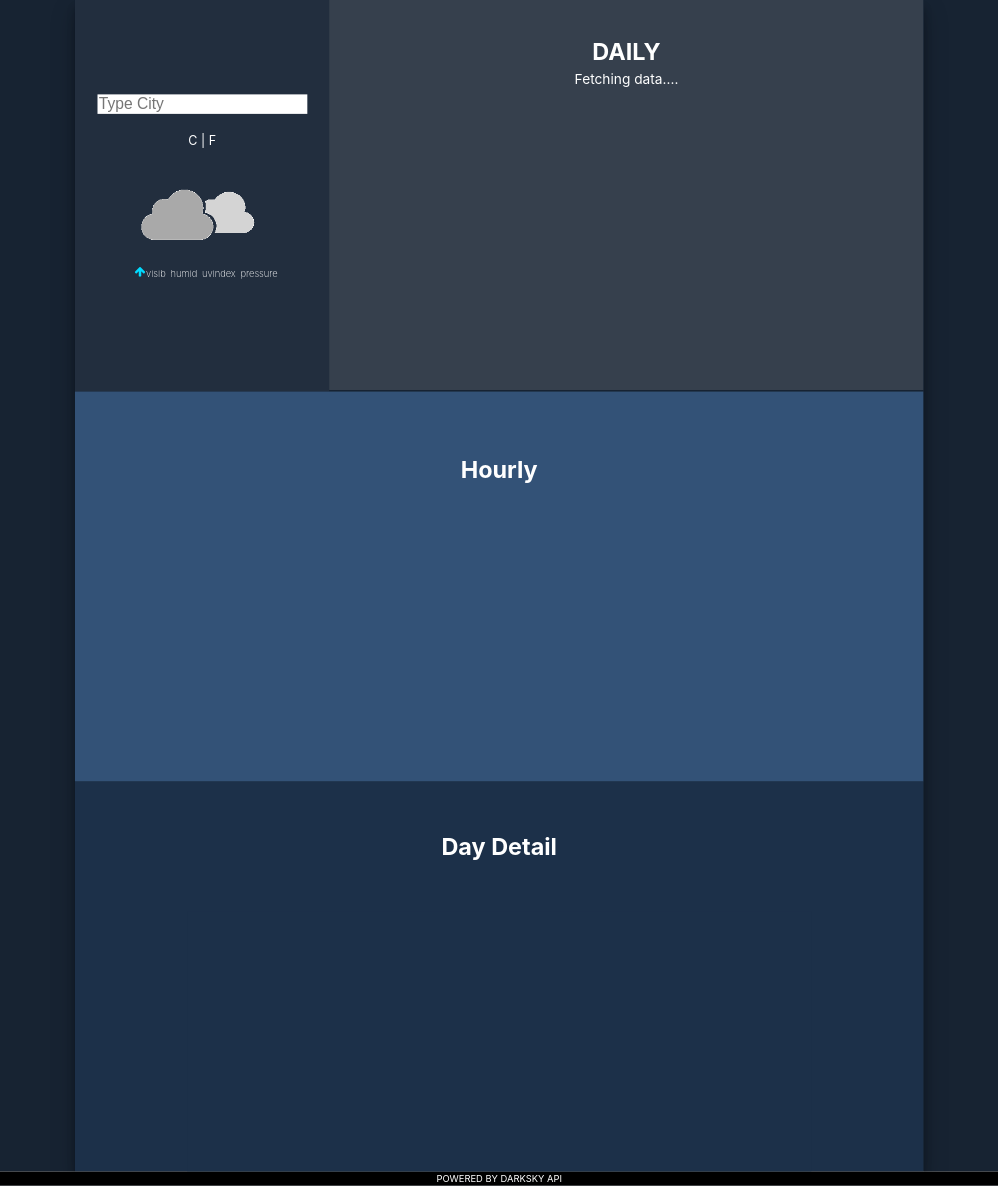
Repository: DOODpls/assignment3_weather
Page: index.html
An editor plug-in stored every save of this project. The page is shown before and after the next save, followed by the edit.
The browser window is 1280 px wide. The pictures show the whole page, at 78% of full size.
Some web fonts or font styles are not loaded; a fallback is used. Some web libraries are served in a nearby version.

Above is the page before, as saved 2020-01-07 10:46:37.

### index.html
<!DOCTYPE html>
<html lang="en">
    <head>
        <meta charset="UTF-8" />
        <meta name="viewport" content="width=device-width, initial-scale=1.0" />
        <meta http-equiv="X-UA-Compatible" content="ie=edge" />
        <script src="https://ajax.googleapis.com/ajax/libs/jquery/1/jquery.min.js" type="text/javascript"></script>
        <script src="https://ajax.googleapis.com/ajax/libs/jqueryui/1.10.3/jquery-ui.min.js"></script>
        <title>The Weathering</title>
        <link rel="shortcut icon" href="./icons/favicon.ico" />
        <link
            rel="stylesheet"
            href="https://cdnjs.cloudflare.com/ajax/libs/bulma/0.7.5/css/bulma.min.css"
            integrity="sha256-vK3UTo/8wHbaUn+dTQD0X6dzidqc5l7gczvH+Bnowwk="
            crossorigin="anonymous"
        />
        <link
            rel="stylesheet"
            href="https://cdnjs.cloudflare.com/ajax/libs/open-iconic/1.1.1/font/css/open-iconic.min.css"
            integrity="sha256-CfN2r6i/dqkUHVRqpBzO3w21SnIWalwGfj5ScBPVzmI="
            crossorigin="anonymous"
        />
        <link rel="stylesheet" href="styles.css" />
    </head>
    <body>
        <div class="page">
            <div class="main-container">
                <div class="today-container">
                    <div class="today-stage">
                      <form action="" method="post" name="form_citydetails" id="form_citydetails" enctype="multipart/form-data" onsubmit="return false;">
                        <input class="ff_elem city-text" type="text" name="ff_nm_from[]" value="" id="f_elem_city" placeholder="Type City" onkeydown="search(this)"/>
                        </form>
                      <div class="unitswitcher">
                        <div class="celcius" id='cell'>C</div>
                        <br>
                        <p>&nbsp;|&nbsp;</p>
                        <div class="farenheight" id="farr">F</div>
                      </div>
                        <div class="info-holder">
                          <div class="preload"></div>
                          <canvas id="icon0" width="150" height="150"></canvas>
                          <p class="city"></p>
                          <p class="today-temp"></p>
                          <p class="today-description"></p>
                          <p class="today-minmax"></p>
                          <div class="sub-info">
                          <p class="app-temp"></p>
                          <div class="wind-holder">
                            <p class="wind-speed"></p>
                            <div class="wind-direction"></div>
                          </div>
                          <p class="visibility">visib</p>
                          <p class="humidity">humid</p>
                          <p class="uvindex">uvindex</p>
                          <p class="pressure">pressure</p>
                          </div>
                        </div>
                    </div>
                </div>

                <div class="week-container">
                  <p class="daily-title">DAILY</p>
                  <p class="week-summary">Fetching data....</p>
                  <div class="week-stage" id="week-stages">
                  </div>
                </div>
                <div class="hourly-container">
                  <p class="daily-title">Hourly</p>
                  <div class="hourly-row"></div>
                </div>
                <div class="day-details">
                  <div class="titlebar">
                    <p class="daily-title">Day Detail</p>
                    <p class="day-summ"></p>
                  </div>
                  <div class="summary-flex">
                  <div class="melovesomeclouds">
                    <p class="habanero"></p> <!-- have to name it like this bc for some readon uvindex(whatever) wont work  -->
                    <p class="cloud-cover"></p>
                  </div>

                  <div class="sunny">
                    <p class="sunrise"></p>
                    <p class="sunset"></p>
                  </div>

                  <div class="airwater">
                    <p class="humidity2"></p>
                    <p class="dew-point"></p>
                  </div>

                  <div class="wind">
                    <p class="ave-windspeed"></p>
                    <p class="ave-windgust"></p>
                  </div>
                </div>
                </div>
            </div>
        </div>
        <footer class="foooterrr">
          <a href="https://darksky.net/dev">POWERED BY DARKSKY API</a>
        </footer>
        <script src="./skycons.js"></script>
        <script src="./app.js"></script>
    </body>
</html>

### styles.css

.page {
  display: flex;
  color: white;
  justify-content: center;
  flex-wrap: wrap;
  background-color: #172332;
  width: 100%;
  height: 100%;
  overflow: hidden;
}
.main-container {
  height: 100%;
  width: 85vw;
  overflow-y: hidden;
  box-sizing: content-box;
  display: flex;
  justify-content: flex-start;
  flex-wrap: wrap;
  box-shadow: 0 14px 28px rgba(0, 0, 0, 0.25), 0 10px 10px rgba(0, 0, 0, 0.22);
}
.today-container {
  flex: 30%;
  display: flex;
  height: 502px;
  background: #222e3e;
  justify-content: center;
  align-items: center;
  overflow: hidden;
}
.unitswitcher{
  color: white;
  display: flex;
  justify-content: center;
}
.celcius, .farenheight{
  text-decoration: none;
  color: white;
}
.celcius:hover, .farenheight:hover{
  color: rgb(161, 161, 161);
}
.ui-helper-hidden-accessible{
  visibility: hidden;
  position: absolute;
}


.ui-autocomplete {
  position: absolute;
  top: 100%;
  left: 0;
  z-index: 1000;
  float: left;
  display: none;
  min-width: 160px;
  padding: 4px 0;
  margin: 0 0 10px 25px;
  list-style: none;
  background-color: #36404d;
  border-color: #ccc;
  border-color: rgba(0, 0, 0, 0.2);
  border-style: solid;
  border-width: 1px;
  -webkit-border-radius: 5px;
  -moz-border-radius: 5px;
  border-radius: 5px;
  -webkit-box-shadow: 0 5px 10px rgba(0, 0, 0, 0.2);
  -moz-box-shadow: 0 5px 10px rgba(0, 0, 0, 0.2);
  box-shadow: 0 5px 10px rgba(0, 0, 0, 0.2);
  -webkit-background-clip: padding-box;
  -moz-background-clip: padding;
  background-clip: padding-box;
  *border-right-width: 2px;
  *border-bottom-width: 2px;
}

.ui-menu-item > a.ui-corner-all {
  display: block;
  padding: 3px 15px;
  clear: both;
  font-weight: normal;
  line-height: 18px;
  color: #ffffff;
  white-space: nowrap;
  text-decoration: none;
}

.ui-state-hover, .ui-state-active {
  color: #ffffff;
  text-decoration: none;
  background-color: #0088cc;
  border-radius: 0px;
  -webkit-border-radius: 0px;
  -moz-border-radius: 0px;
  background-image: none;
}


.preload{
  background-image: url(./preloader.gif);
  height: 170px;
  width: 170px;
  background-size: 170px;
  position: absolute;
  top: 0;
  display: none;
}
.today-stage {
    position: relative;
    /* background: rgba(0, 0, 0, 0.2); */
}
/* #icon1{
  background-image: url(./preloader.gif);
  background-size: 150px;
} */
.today-icon {
    font-size: 140px;
    opacity: 0.17;
}
.city{
  transition-duration: .5s;
}
.today-temp {
    font-weight: 900;
    font-size: 50px;
    transition-duration: .5s;
}

.info-holder{
  display: flex;
  flex-direction: column;
  justify-content: center;
  align-items: center;
  position: relative;
}
.city-text{
  border-radius: 0px;
  width: auto;
  height: 25px;
  font-family: Arial, Helvetica, sans-serif;
  font-size: 20px;
  border: none;
  box-sizing: border-box;
  position: relative;
  top: -22px;
}
.sub-info{
  display: flex;
  justify-content: space-around;
  flex-direction: row;
  flex-wrap: wrap;
  width: 200px;
  transition-duration: .5s;
}
.app-temp{
    font-weight: 200;
    font-size: 12px;
}
.visibility{
  font-weight: 200;
  font-size: 12px;
}
.humidity{
  font-weight: 200;
  font-size: 12px;
}
.uvindex{
  font-weight: 200;
  font-size: 12px;
}
.pressure{
  font-weight: 200;
  font-size: 12px;
}
.today-minmax {
    font-weight: 400;
    font-size: 18px;
    opacity: 0.4;
    left: 0;
    transition-duration: .5s;
}
.today-description {
    font-weight: 400;
    font-size: 18px;
    transition-duration: .5s;
}
.wind-holder{
  display: flex;
  flex-direction: row;
}
.wind-direction{
    background-image: url('./icons/general_icon/arrow-up.svg');
    height: 13px;
    width: 13px;
    background-size: 13px;
    position: relative;
    left: 5px;
    transition-duration: .5s;
}
.wind-speed{
    font-weight: 200;
    font-size: 12px;
}
.week-container {
    flex: 70%;
  height: 500px;
  width: auto;
  background-color: #36404d;
  display: flex;
  justify-content: center;
  flex-direction: column;
  align-items: center;
}
.week-summary{
  font-size: 1.1em;
  height: auto;
  width: auto;
  margin-left: 20px;
  margin-right: 20px;
  margin-bottom: 20px;
  transition-duration: .5s;
}
.week-stage {
  height: 320px;
  width: auto;
  display: flex;
  justify-content: space-between;

}


/* Track */
.week-day-container {
    height: auto;
    width: 100px;
    margin-left: 20px;
    margin-right: 20px;
    display: flex;
    flex-direction: column;
    justify-content: space-aroud;
    align-items: center;
    position: relative;
    transition-duration: .5s;
}
.week-day-container:hover{
  opacity: .5;
}
@media (max-width:1890px){
  .week-stage {
  width: 80vmin;
  overflow-x: scroll;
  overflow-y: hidden;
  }

}


.week-day-container p {
    font-weight: 400;
    font-size: 12px;
    color: white;
}

.week-day-container span {
    opacity: 0.17;
    font-size: 24px;
    margin: 0;
}
.hourly-container{
  flex: 100%;
  height: 500px;
  width: auto;
  background-color: #335277;
  display: flex;
  justify-content: center;
  flex-direction: column;
  align-items: center;
}
.hourly-row{
  display: flex;
  flex-direction: row;
  width: 1500px;
  overflow-x: scroll;
  overflow-y: hidden;
  height: 300px;
}

.hourly-cards{
  font-weight: 400;
    font-size: 12px;
    color: white;
    width: 150px;
    display: flex;
    flex-direction: column;
    justify-content: center;
    align-items: center;
    margin-left: 20px;
  margin-right: 20px;
  transition-duration: .5s;
}
.hourly-cards p{
  font-weight: 400;
    font-size: 12px;
    color: white;
}
.loopwind{
  width: auto;
  display: flex;
  flex-direction: row;
  align-items: center;
}
.arrow-rotator{
  background-image: url('./icons/general_icon/arrow-up.svg');
  height: 10px;
  width: 10px;
  background-size: 10px;
  position: relative;
  margin-right: 5px;
  transition-duration: .5s;
}

@media (max-width:1800px){
  .hourly-row{
    width: 80vw;
  }
}

@media (max-width:600px){
  .main-container{
    width: 100vw;
  }
}
/* width */
::-webkit-scrollbar {
  width: 10px;
  height: 10px;
  border-radius: 20px;
}

/* Track */
::-webkit-scrollbar-track {
  background: #f1f1f1;
  border-radius: 20px;
}

/* Handle */
::-webkit-scrollbar-thumb {
  background: #888;
  border-radius: 20px;
}

/* Handle on hover */
::-webkit-scrollbar-thumb:hover {
  background: #555;
}
.day-details{
  flex: 100%;
  display: flex;
  justify-content: space-around;
  flex-direction: column;
  align-items: center;
  width: auto;
  height: 500px;
  background-color: #1c3049;
}

.titlebar{
  display: flex;
  flex-direction: column;
  align-items: center;
  justify-content: center;
  align-content: space-between;
  height: 250px;
  margin-left: 10px;
  margin-right: 10px;
  text-align: center;
}
.daily-title{
  font-size: 30px;
  font-weight: bold;
}
.day-summ{
  font-size: 20px;
  position: relative;
  top: 30px;
}
.wind, .airwater, .sunny, .melovesomeclouds{
  font-size: 20px;
  font-weight: bold;
  width: 300px;
  transition-duration: .5s;
}
.summary-flex{
  flex: 100%;
  display: flex;
  justify-content: space-around;
  align-items: center;
  flex-wrap: wrap;
  width: 800px;
  height: 500px;
  background-color: #1c3049;
  position: relative;
  transition-duration: .5s;
}

@media (max-width: 950px){
  .summary-flex{
    width: auto;
    margin-right: 5px;
    margin-left: 5px;
  }

}

@media (max-width:705px){
  .wind, .airwater, .sunny, .melovesomeclouds{
    font-size: 20px;
    font-weight: bold;
    width: auto;
    display: flex;
    justify-content: center;
    flex-direction: column;
    align-items: center;
    margin-left: 10px;
    margin-right: 10px;
  }

  .main-container {
    width: 100vw;
  }
}
@media (max-width:260px){
  .city-text{
    width: 100vmin;
  }
}
.foooterrr{
  background-color: black;
  color: white;
  font-size: 12px;
  display: flex;
  justify-content: center;
}
a{
  text-decoration: none;
  color: white;
}

Loaded but not shown: skycons.js (726 lines, source omitted); app.js (337 lines, source omitted)

After the next save:
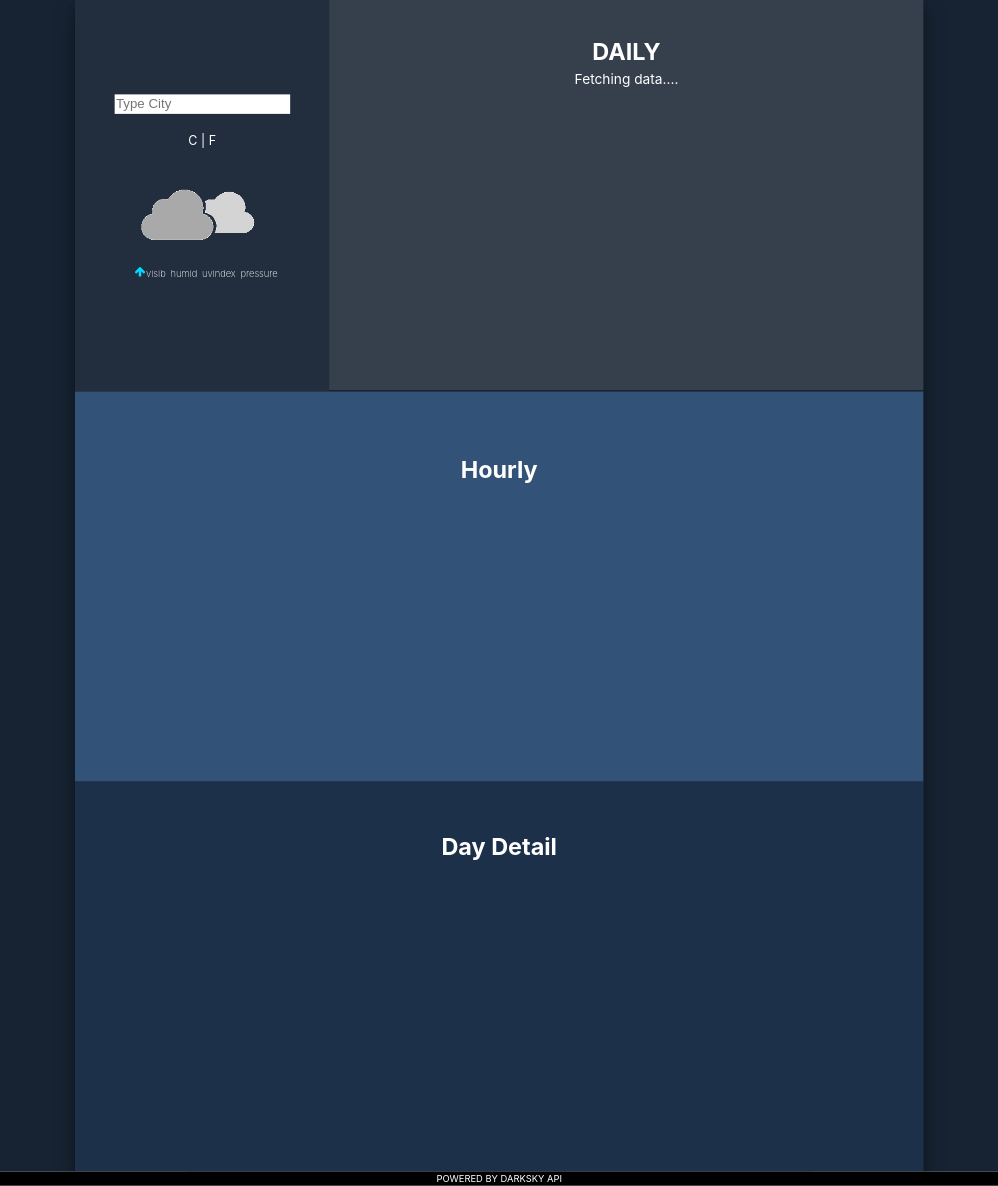
Saved 23 s later.
--- a/styles.css
+++ b/styles.css
@@ -139,7 +139,7 @@
   width: auto;
   height: 25px;
   font-family: Arial, Helvetica, sans-serif;
-  font-size: 20px;
+  font-size: 17px;
   border: none;
   box-sizing: border-box;
   position: relative;
